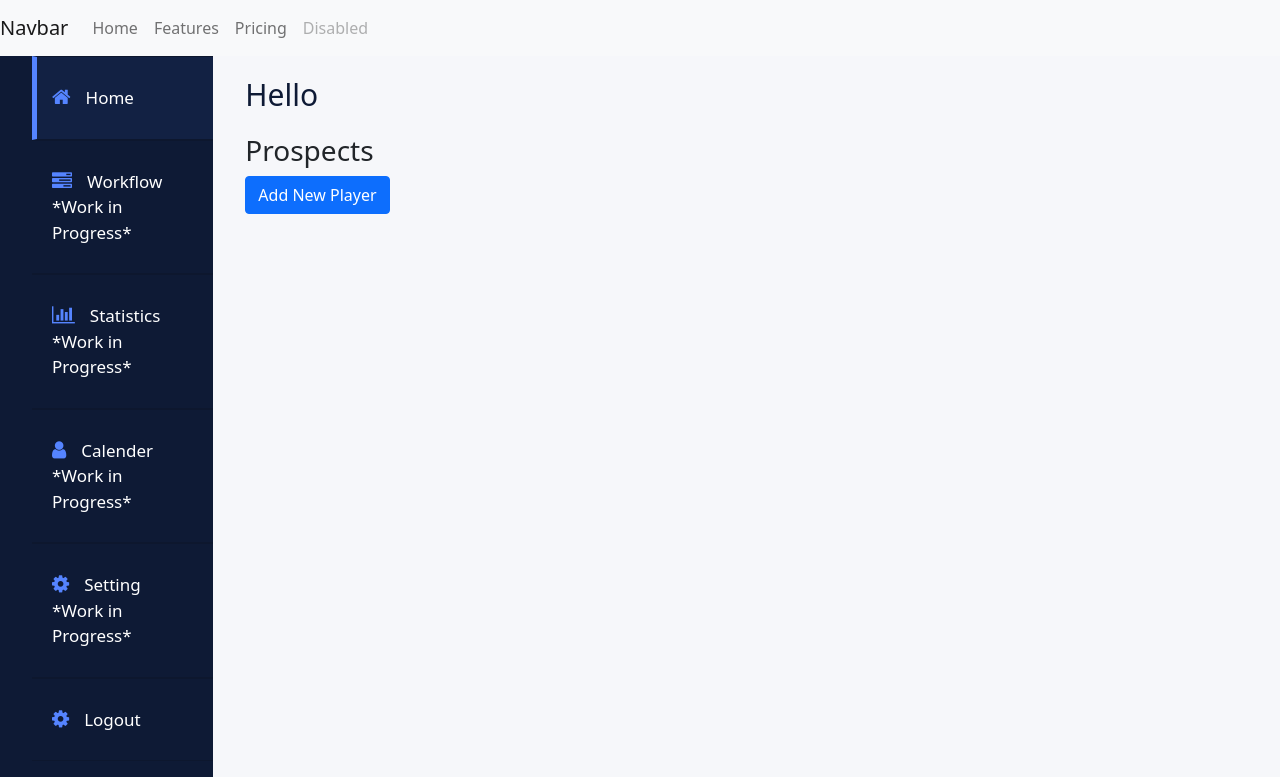
Repository: qfernandez/rangers-project
Page: http://localhost/main
The author's editor kept a record of every edit. The page is drawn from the files as they stood at one moment, then again after the next edit.
The browser window is 1280 px wide. The pictures show the whole page.
Some web libraries are served in a nearby version. The page is served by the project's Node server (app.js). Queries for data that is not in the repository find no rows.

Above is the page before.
Console error: ReferenceError: $ is not defined

### views/main.ejs
<%- include('partials/header.ejs') %>
                    <div class="user-dashboard">
                        <h1>Hello</h1>
                        <h3>Prospects</h3>
                            <div class="row">
                                <form action="/addPlayer">
                                    <button class="btn btn-primary"> Add New Player </button>
                                </form>

                                <!--Lists the players-->
                              <% playerList.forEach(function(player){  %>
                               <div class="col-lg-4 col-md-6 mb-4">
                                 <div class="card h-100">
                                  <div class="card-body">
                                    <h5 class="card-title">
                                        <img class='col-sm-4 portrait' src=<%=player.playerPicture%> />
                                        Name: <%= player.playerName %> <br>
                                        Position: <%= player.playerPosition %> <br>
                                        Age: <%= player.playerAge %> <br>
                                        <a class="btn btn-primary btn-sm" href="/playerView?name=<%= player.playerName %>">Info</a>
                                        <a class="btn btn-primary btn-sm" href="/edit?name=<%= player.playerName %>">Update</a>
                                        <a onclick="deleteConfirm()" class="btn btn-primary btn-sm" href="/deletePlayer?id=<%= player.playerId %>">Delete</a>
                                    </h5>
                                    </div>
                                  </div>
                               </div>
                               <!--<div class="offcanvas offcanvas-end" tabindex="-1" id="offcanvasRight" aria-labelledby="offcanvasRightLabel">-->
                               <!--     <div class="offcanvas-header">-->
                               <!--         <h5 id="offcanvas-title" id="offcanvasScrollingLabel"></h5><%= player.playerName %></h5><br>-->
                               <!--         <div class="offcanvas-body">-->
                               <!--             <img class='col-sm-10 portrait' src=<%=player.playerPicture%> /><br>-->
                               <!--             Position: <%= player.playerPosition %><br>-->
                               <!--             Age: <%= player.playerAge %> <br>-->
                               <!--             Height: <%= player.playerHeight %> <br>-->
                               <!--             Weight: <%= player.playerWeight %> <br>-->
                               <!--             Bats: <%= player.playerBats %> <br>-->
                               <!--             Throws: <%= player.playerThrows %> <br>-->
                               <!--             Grade: <%= player.playerGrade %> <br>-->
                               <!--             Notes: <%= player.playerNotes %> <br>-->
                               <!--         </div>-->
                               <!--     <button type="button" class="btn-close text-reset" data-bs-dismiss="offcanvas" aria-label="Close"></button>-->
                               <!--   </div>-->
                               <!-- </div>-->
                            <% }) %>
</body>
</html>

### views/partials/header.ejs
<!DOCTYPE html>
<html>
    <head>
        <title>Texas Rangers Project</title>
        <script type="text/javascript" src="functions/functions.js"></script>
        <script src="https://ajax.googleapis.com/ajax/libs/jquery/3.2.1/jquery.min.js"></script>
        <link rel="stylesheet" href="css/styles.css" type="text/css"/>
        <link href="https://cdn.jsdelivr.net/npm/bootstrap@5.1.3/dist/css/bootstrap.min.css" rel="stylesheet" integrity="sha384-1BmE4kWBq78iYhFldvKuhfTAU6auU8tT94WrHftjDbrCEXSU1oBoqyl2QvZ6jIW3" crossorigin="anonymous">
        <script src="https://cdn.jsdelivr.net/npm/@popperjs/core@2.10.2/dist/umd/popper.min.js" integrity="sha384-7+zCNj/IqJ95wo16oMtfsKbZ9ccEh31eOz1HGyDuCQ6wgnyJNSYdrPa03rtR1zdB" crossorigin="anonymous"></script>
        <script src="https://cdn.jsdelivr.net/npm/bootstrap@5.1.3/dist/js/bootstrap.min.js" integrity="sha384-QJHtvGhmr9XOIpI6YVutG+2QOK9T+ZnN4kzFN1RtK3zEFEIsxhlmWl5/YESvpZ13" crossorigin="anonymous"></script>
    </head>
    <link href="https://maxcdn.bootstrapcdn.com/font-awesome/4.6.3/css/font-awesome.min.css" rel="stylesheet" integrity="sha384-T8Gy5hrqNKT+hzMclPo118YTQO6cYprQmhrYwIiQ/3axmI1hQomh7Ud2hPOy8SP1" crossorigin="anonymous">

    <!--Deprecated Admin Page-->

    <nav class="navbar navbar-expand-lg navbar-light bg-light">
      <a class="navbar-brand" href="#">Navbar</a>
      <button class="navbar-toggler" type="button" data-toggle="collapse" data-target="#navbarNav" aria-controls="navbarNav" aria-expanded="false" aria-label="Toggle navigation">
        <span class="navbar-toggler-icon"></span>
      </button>
      <div class="collapse navbar-collapse" id="navbarNav">
        <ul class="navbar-nav">
          <li class="nav-item active">
            <a class="nav-link" href="#">Home <span class="sr-only">(current)</span></a>
          </li>
          <li class="nav-item">
            <a class="nav-link" href="#">Features</a>
          </li>
          <li class="nav-item">
            <a class="nav-link" href="#">Pricing</a>
          </li>
          <li class="nav-item">
            <a class="nav-link disabled" href="#">Disabled</a>
          </li>
        </ul>
      </div>
    </nav>

    <body class="home">
        <div class="container-fluid display-table">
            <div class="row display-table-row">
                <!--SideBar-->
                <div class="col-md-2 col-sm-1 hidden-xs display-table-cell v-align box" id="navigation">
                    <div class="navi">
                        <ul>
                            <li class="active"><a href="/main"><i class="fa fa-home" aria-hidden="true"></i><span class="hidden-xs hidden-sm">Home</span></a></li>
                            <li><a href="/main"><i class="fa fa-tasks" aria-hidden="true"></i><span class="hidden-xs hidden-sm">Workflow *Work in Progress*</span></a></li>
                            <li><a href="#"><i class="fa fa-bar-chart" aria-hidden="true"></i><span class="hidden-xs hidden-sm">Statistics *Work in Progress*</span></a></li>
                            <li><a href="/calendar"><i class="fa fa-user" aria-hidden="true"></i><span class="hidden-xs hidden-sm">Calender *Work in Progress*</span></a></li>
                            <li><a href="#"><i class="fa fa-cog" aria-hidden="true"></i><span class="hidden-xs hidden-sm">Setting *Work in Progress*</span></a></li>
                            <li><a href="#"><i class="fa fa-cog" aria-hidden="true"></i><span class="hidden-xs hidden-sm">Logout</span></a></li>
                        </ul>
                    </div>
                </div>
                <div class="col-md-10 col-sm-11 display-table-cell v-align">

                    <!--Not Using these functions at the moment-->

                    <!--<button type="button" class="slide-toggle">Slide Toggle</button> -->
                    <!--<div class="row">-->
                    <!--    <header>-->
                    <!--        <div class="col-md-7">-->
                                <!--<nav class="navbar-default pull-left">-->
                                    <!--<div class="navbar-header">-->
                                    <!--    <button type="button" class="navbar-toggle collapsed" data-toggle="offcanvas" data-target="#side-menu" aria-expanded="false">-->
                                    <!--        <span class="sr-only">Toggle navigation</span>-->
                                    <!--        <span class="icon-bar"></span>-->
                                    <!--        <span class="icon-bar"></span>-->
                                    <!--        <span class="icon-bar"></span>-->
                                    <!--    </button>-->
                                    <!--</div>-->
                                <!--</nav>-->
                                <!--<div class="search hidden-xs hidden-sm">-->
                                <!--    <input type="text" placeholder="Search" id="search">-->
                                <!--</div>-->
                    <!--        </div>-->
                    <!--        <div class="col-md-5">-->
                    <!--            <div class="header-rightside">-->
                    <!--                <ul class="list-inline header-top pull-right">-->
                    <!--                    <li><a href="#"><i class="fa fa-envelope" aria-hidden="true"></i></a></li>-->
                    <!--                    <li class="dropdown">-->
                    <!--                        <ul class="dropdown-menu">-->
                    <!--                            <li>-->
                    <!--                                <div class="navbar-content">-->
                    <!--                                    <p class="text-muted small">-->
                    <!--                                    </p>-->
                    <!--                                    <div class="divider">-->
                    <!--                                    </div>-->
                    <!--                                    <a href="#" class="view btn-sm active">View Profile</a>-->
                    <!--                                </div>-->
                    <!--                            </li>-->
                    <!--                        </ul>-->
                    <!--                    </li>-->
                    <!--                </ul>-->
                    <!--            </div>-->
                    <!--        </div>-->
                    <!--    </header>-->
                    <!--</div>-->

Loaded but not shown: public/functions/functions.js (360 lines, source omitted); app.js (264 lines, source omitted); public/css/styles.css (1175 lines, source omitted)

After the next edit:
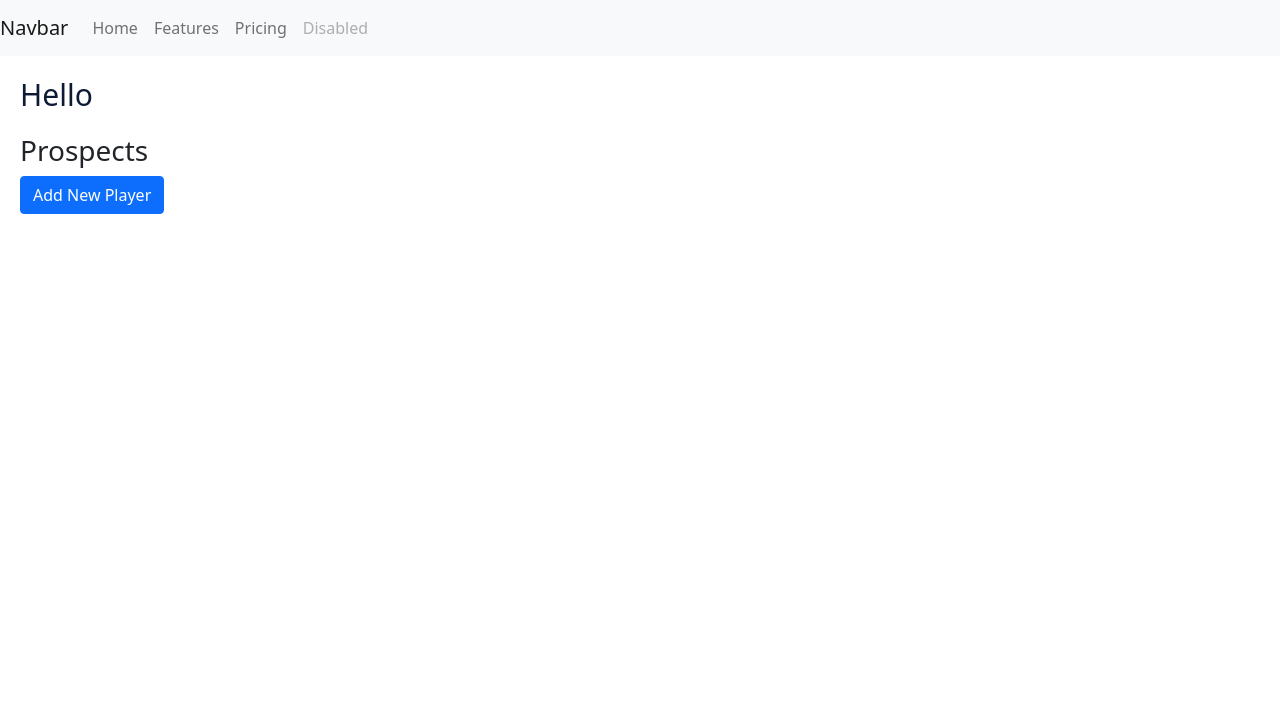
The edit:
--- a/views/partials/header.ejs
+++ b/views/partials/header.ejs
@@ -36,23 +36,23 @@
       </div>
     </nav>
 
-    <body class="home">
-        <div class="container-fluid display-table">
-            <div class="row display-table-row">
+    <!--<body class="home">-->
+    <!--    <div class="container-fluid display-table">-->
+    <!--        <div class="row display-table-row">-->
                 <!--SideBar-->
-                <div class="col-md-2 col-sm-1 hidden-xs display-table-cell v-align box" id="navigation">
-                    <div class="navi">
-                        <ul>
-                            <li class="active"><a href="/main"><i class="fa fa-home" aria-hidden="true"></i><span class="hidden-xs hidden-sm">Home</span></a></li>
-                            <li><a href="/main"><i class="fa fa-tasks" aria-hidden="true"></i><span class="hidden-xs hidden-sm">Workflow *Work in Progress*</span></a></li>
-                            <li><a href="#"><i class="fa fa-bar-chart" aria-hidden="true"></i><span class="hidden-xs hidden-sm">Statistics *Work in Progress*</span></a></li>
-                            <li><a href="/calendar"><i class="fa fa-user" aria-hidden="true"></i><span class="hidden-xs hidden-sm">Calender *Work in Progress*</span></a></li>
-                            <li><a href="#"><i class="fa fa-cog" aria-hidden="true"></i><span class="hidden-xs hidden-sm">Setting *Work in Progress*</span></a></li>
-                            <li><a href="#"><i class="fa fa-cog" aria-hidden="true"></i><span class="hidden-xs hidden-sm">Logout</span></a></li>
-                        </ul>
-                    </div>
-                </div>
-                <div class="col-md-10 col-sm-11 display-table-cell v-align">
+    <!--            <div class="col-md-2 col-sm-1 hidden-xs display-table-cell v-align box" id="navigation">-->
+    <!--                <div class="navi">-->
+    <!--                    <ul>-->
+    <!--                        <li class="active"><a href="/main"><i class="fa fa-home" aria-hidden="true"></i><span class="hidden-xs hidden-sm">Home</span></a></li>-->
+    <!--                        <li><a href="/main"><i class="fa fa-tasks" aria-hidden="true"></i><span class="hidden-xs hidden-sm">Workflow *Work in Progress*</span></a></li>-->
+    <!--                        <li><a href="#"><i class="fa fa-bar-chart" aria-hidden="true"></i><span class="hidden-xs hidden-sm">Statistics *Work in Progress*</span></a></li>-->
+    <!--                        <li><a href="/calendar"><i class="fa fa-user" aria-hidden="true"></i><span class="hidden-xs hidden-sm">Calender *Work in Progress*</span></a></li>-->
+    <!--                        <li><a href="#"><i class="fa fa-cog" aria-hidden="true"></i><span class="hidden-xs hidden-sm">Setting *Work in Progress*</span></a></li>-->
+    <!--                        <li><a href="#"><i class="fa fa-cog" aria-hidden="true"></i><span class="hidden-xs hidden-sm">Logout</span></a></li>-->
+    <!--                    </ul>-->
+    <!--                </div>-->
+    <!--            </div>-->
+    <!--            <div class="col-md-10 col-sm-11 display-table-cell v-align">-->
 
                     <!--Not Using these functions at the moment-->
 
